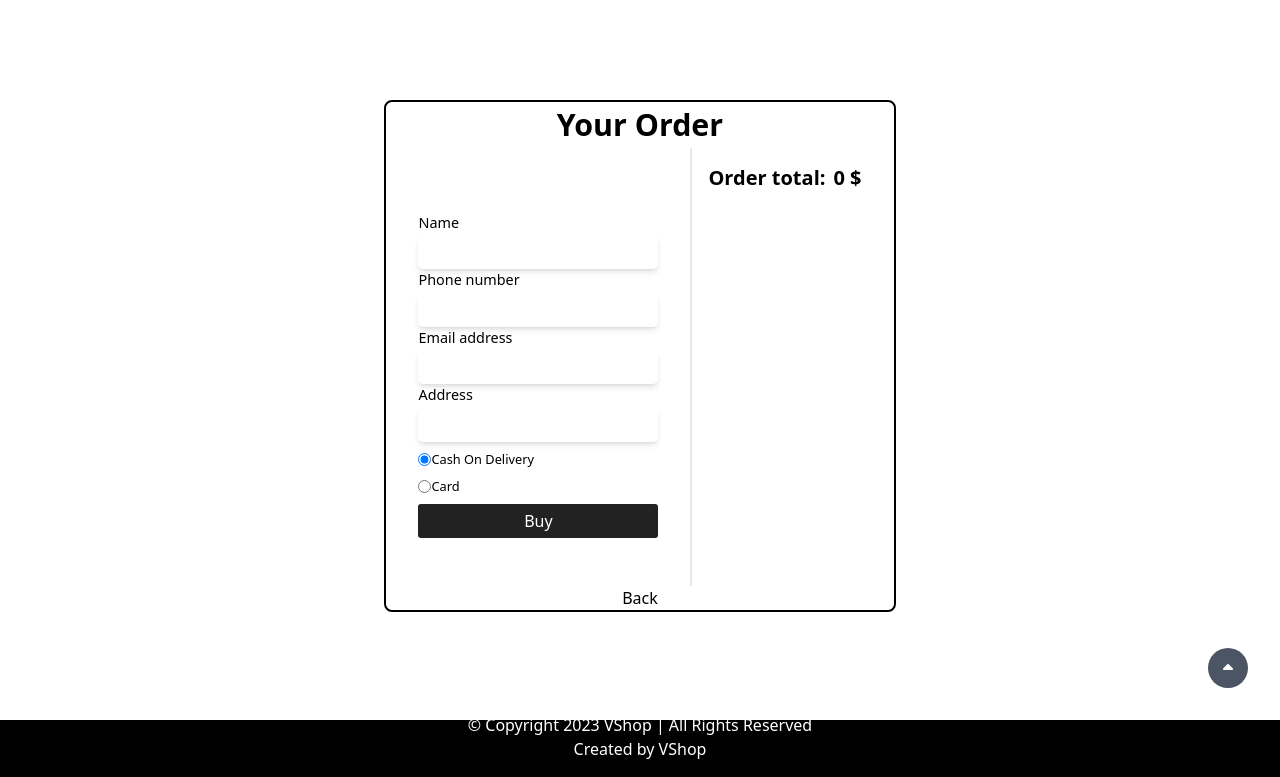
Repository: Kith933UTH/VSHOP
Page: /payment
The author's editor kept a copy of each file at every save. The page is drawn from the files as they stood at one save, then again after the next save.
The browser window is 1280 px wide. The pictures show the whole page.
Pictures or frames that could not be fetched are drawn as grey boxes. The project was rebuilt for these pictures with package versions that can differ from the ones it lists, and the page was loaded fresh each time. Also part of the build but not shown: src/components/product-item/ProductItem.js, src/components/loader/Loader.js, src/constants/constants.js, src/components/product-filters/Category.js, src/components/product-filters/Price.js, src/components/product-filters/Rating.js, src/components/product-filters/ProductFilters.js, src/components/cart-shopping/CartEmpty.js and 20 more.

Above is the page before, as saved 2023-08-04 23:08:39.

After the next save:
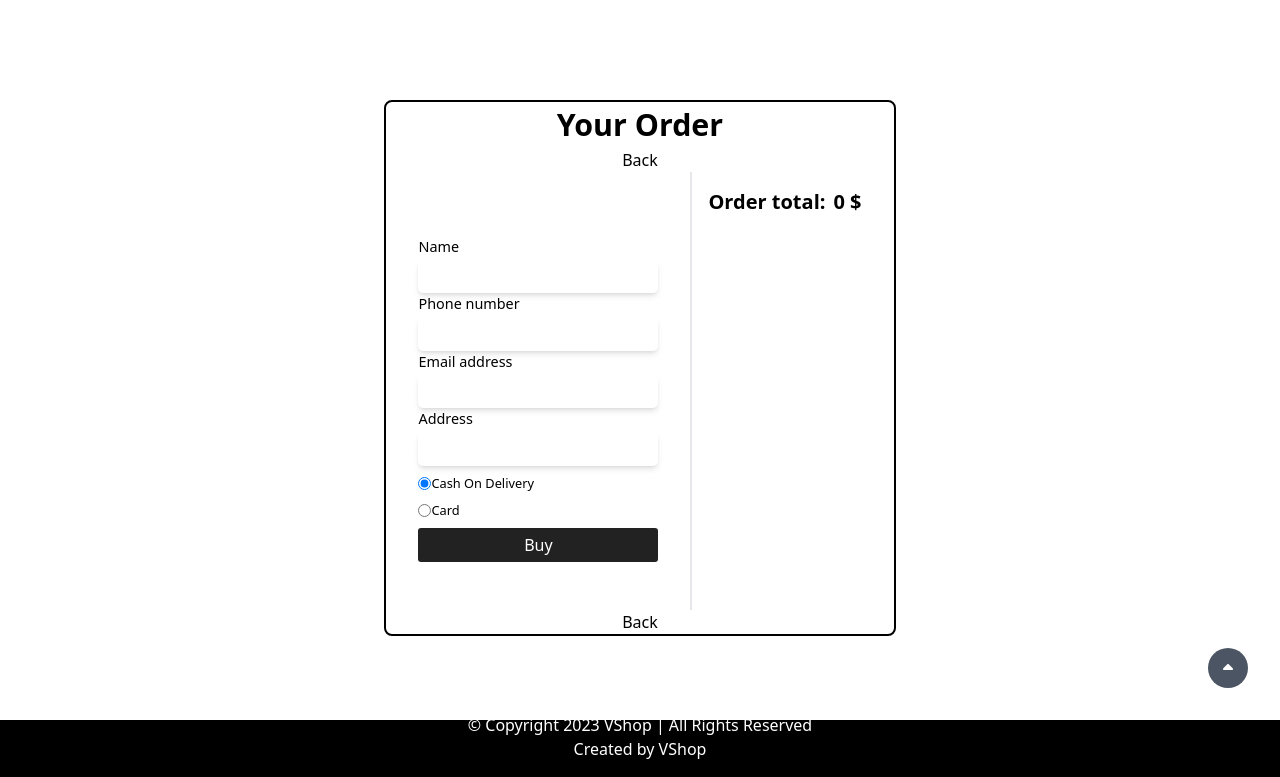
Saved 28 s later.
--- a/src/components/payment/Payment.js
+++ b/src/components/payment/Payment.js
@@ -15,6 +15,7 @@
         <div className="payment-page text-center m-5-auto flex justify-center">
             <div className="border-2 rounded-lg border-black w-max h-fit">
             <h2>Your Order</h2>
+            <button onClick={() => navigate(-1)}>Back</button>
             <div className="flex flex-row justify-center">
                 <form className="border-none bg-none m-0" action="/success">
                     <p>

After the save that followed:
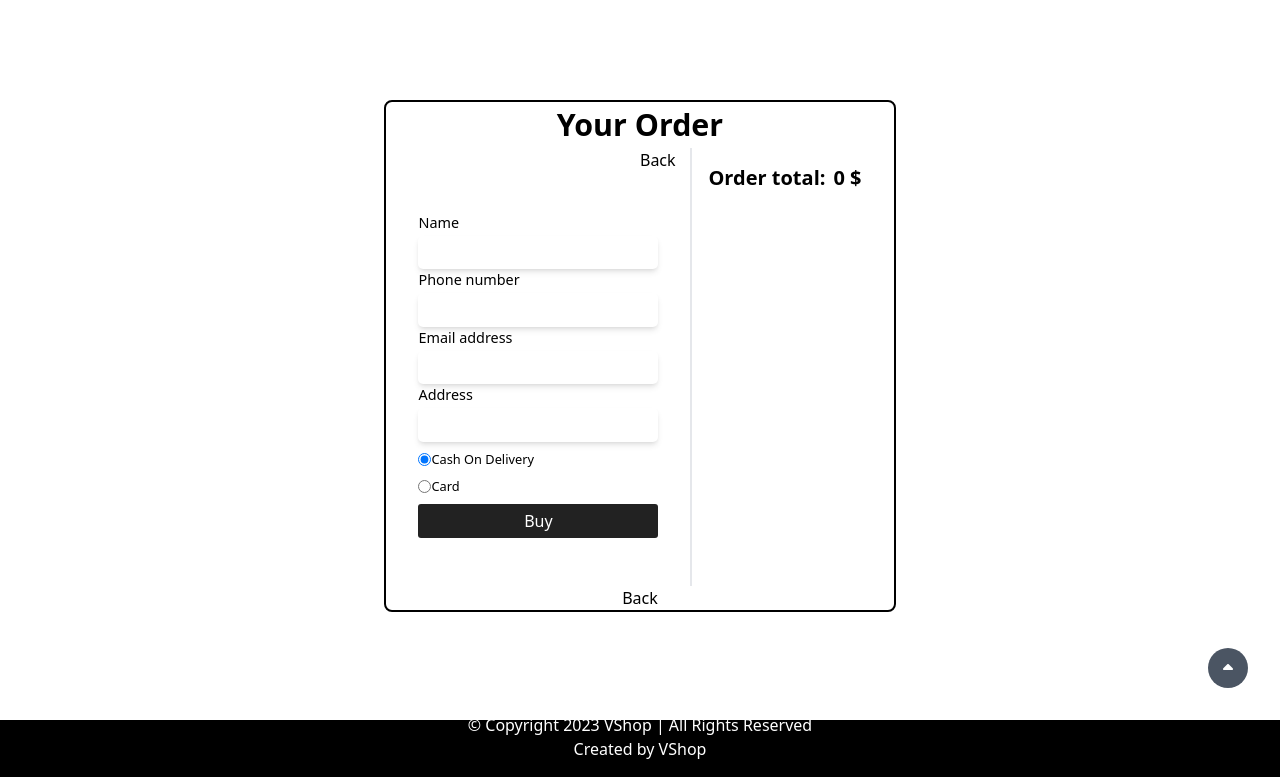
Saved 30 s later.
--- a/src/components/payment/Payment.js
+++ b/src/components/payment/Payment.js
@@ -15,7 +15,7 @@
         <div className="payment-page text-center m-5-auto flex justify-center">
             <div className="border-2 rounded-lg border-black w-max h-fit">
             <h2>Your Order</h2>
-            <button onClick={() => navigate(-1)}>Back</button>
+            <button className="absolute t-0" onClick={() => navigate(-1)}>Back</button>
             <div className="flex flex-row justify-center">
                 <form className="border-none bg-none m-0" action="/success">
                     <p>
